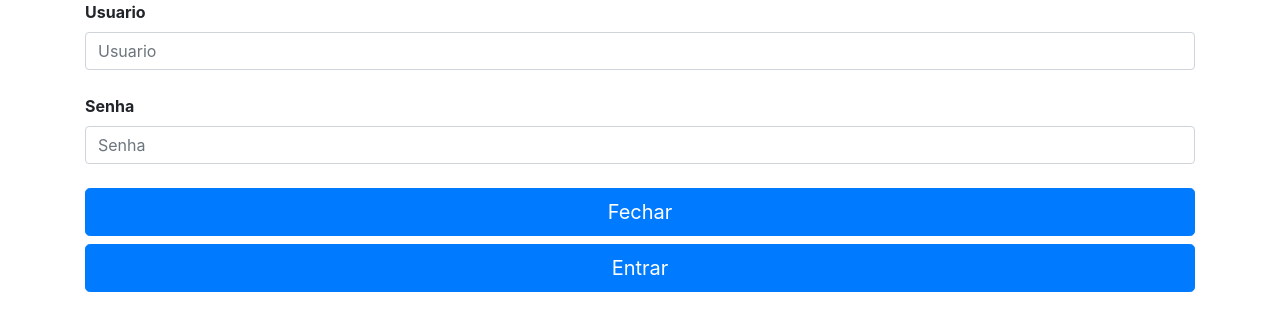
Repository: belchiorneto/innovationAPI
Page: http://localhost/TelaLogin/Login.jsp
These files come from the project's save history. The page is drawn as it stood at one moment and after the next save; the edit follows.
The browser window is 1280 px wide. The pictures show the whole page.
The page is served by Tomcat 9. Other server files are loaded and not shown.

Above is the page before, as saved 2019-05-07 19:36:34.

### TelaLogin/WebContent/Login.jsp
<%@ page language="java" contentType="text/html; charset=ISO-8859-1"
    pageEncoding="ISO-8859-1"%>
<!DOCTYPE html>
<html>
<head>
<meta charset="ISO-8859-1">
<title>XSeed - Estágio</title>
<link rel="stylesheet" href="https://stackpath.bootstrapcdn.com/bootstrap/4.3.1/css/bootstrap.min.css" integrity="sha384-ggOyR0iXCbMQv3Xipma34MD+dH/1fQ784/j6cY/iJTQUOhcWr7x9JvoRxT2MZw1T" crossorigin="anonymous">

</head>
<body>
	<form action="LoginConfere.jsp" method="Post">
	<div class="container">

		<label for="login"><b>Usuario</b></label>
			<input type="text" class="form-control" placeholder="Usuario" name="login" required>
			<br>
		<label for="password"><b>Senha</b></label>
			<input type="password" class="form-control" placeholder="Senha" name="password" required>
			<br>
		<button type="reset" class="btn btn-lg btn-primary btn-block">Fechar</button>
		<button type="submit" class="btn btn-lg btn-primary btn-block">Entrar</button>

	</div>
</form>
</body>
</html>

After the next save:
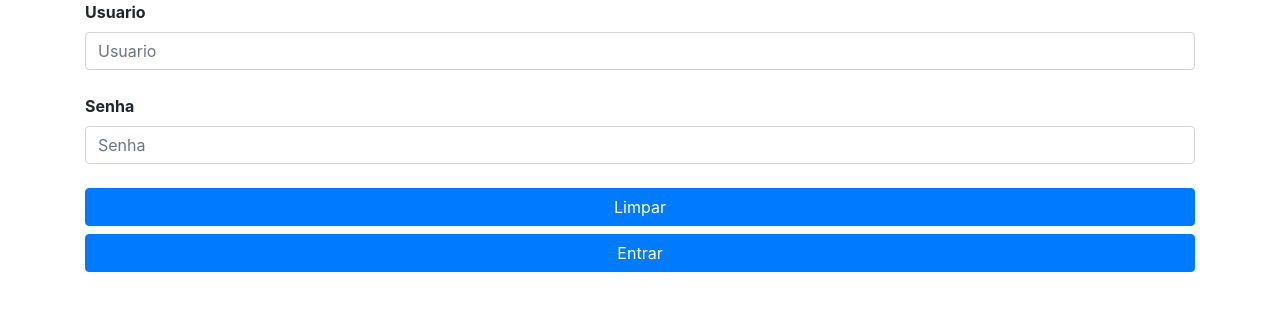
Saved 27 s later.
--- a/TelaLogin/WebContent/Login.jsp
+++ b/TelaLogin/WebContent/Login.jsp
@@ -18,8 +18,8 @@
 		<label for="password"><b>Senha</b></label>
 			<input type="password" class="form-control" placeholder="Senha" name="password" required>
 			<br>
-		<button type="reset" class="btn btn-lg btn-primary btn-block">Fechar</button>
-		<button type="submit" class="btn btn-lg btn-primary btn-block">Entrar</button>
+		<button type="reset" class="btn btn-md btn-primary btn-block">Limpar</button>
+		<button type="submit" class="btn btn-md btn-primary btn-block">Entrar</button>
 
 	</div>
 </form>
